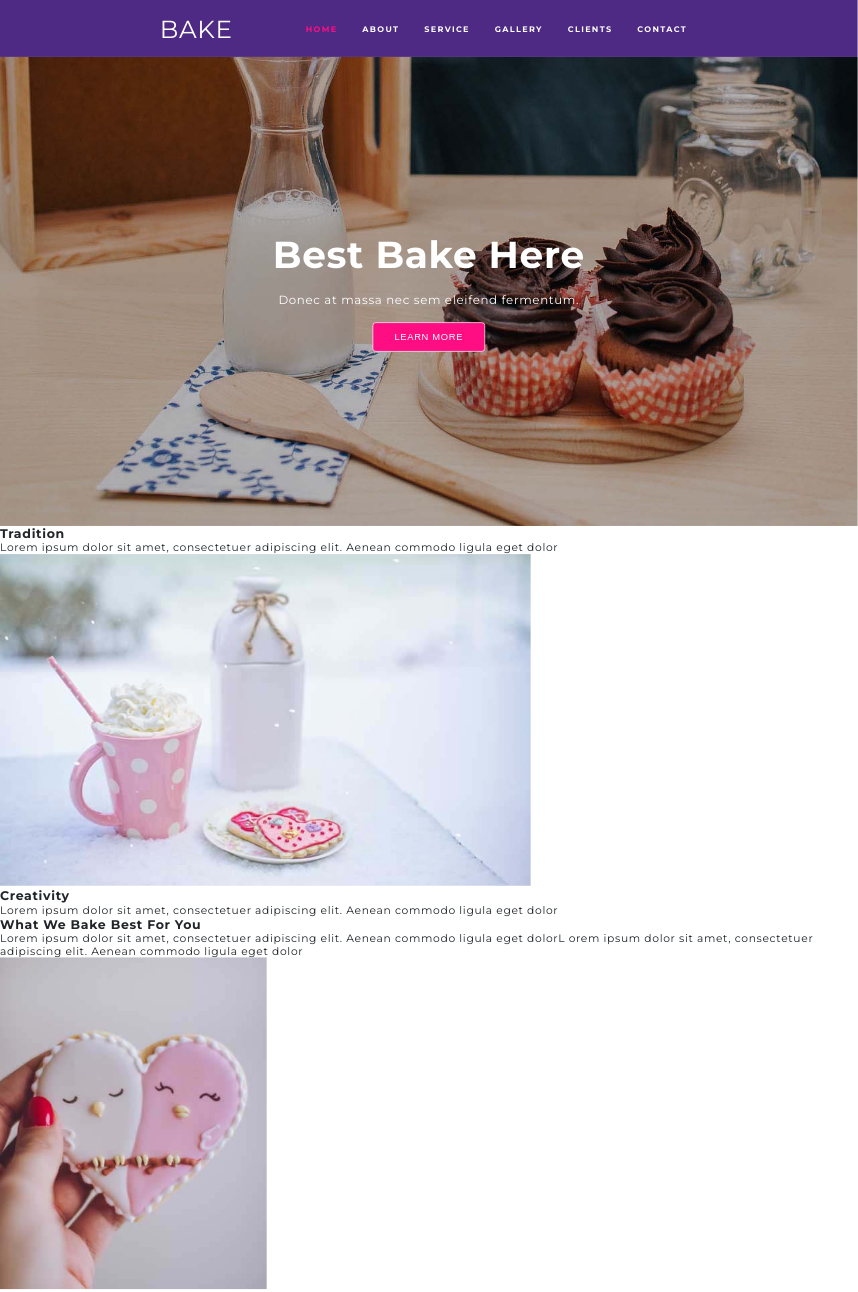
Repository: ducdatit2002/bake-cake
Page: index.html
The author's editor kept a copy of each file at every save. The page is drawn from the files as they stood at one save, then again after the next save.
The browser window is 1280 px wide. The pictures show the whole page, at 67% of full size.

Above is the page before, as saved 2023-07-13 12:00:12.

### index.html
<!DOCTYPE html>
<html lang="en">
<head>
    <meta charset="UTF-8">
    <meta name="viewport" content="width=device-width, initial-scale=1.0">
    <title>BAKE</title>
    <!-- FONT ICON -->
    <link rel="stylesheet" href="https://cdnjs.cloudflare.com/ajax/libs/font-awesome/6.4.0/css/all.min.css"
        integrity="sha512-iecdLmaskl7CVkqkXNQ/ZH/XLlvWZOJyj7Yy7tcenmpD1ypASozpmT/E0iPtmFIB46ZmdtAc9eNBvH0H/ZpiBw=="
        crossorigin="anonymous" referrerpolicy="no-referrer" />
    <!-- FONT GOOGLE -->
    <link rel="preconnect" href="https://fonts.googleapis.com">
    <link rel="preconnect" href="https://fonts.gstatic.com" crossorigin>
    <link href="https://fonts.googleapis.com/css2?family=Montserrat:wght@300;400;700&display=swap" rel="stylesheet">
    <!-- MAIN CSS -->
    <link rel="stylesheet" href="./index.css">

</head>
<body>
    <!-- HEADER -->
    <header>
        <div class="header__content">
            <p>BAKE</p>
            <nav>
                <ul>
                    <li class="active"><a href="#">HOME</a></li>
                    <li><a href="#">ABOUT</a></li>
                    <li><a href="#">SERVICE</a></li>
                    <li><a href="#">GALLERY</a></li>
                    <li><a href="#">CLIENTS</a></li>
                    <li><a href="#">CONTACT</a></li>
                </ul>
            </nav>
        </div>
    </header>
    <!-- CAROUSEL -->
    <section class="carousel">
        <div class="carousel__content">
            <h1>Best Bake Here</h1>
            <p>Donec at massa nec sem eleifend fermentum.</p>
            <button>LEARN MORE</button>
        </div>
    </section>
    <!-- INTRO -->
    <section class="intro">
        <div class="intro__item">
            <div>
                <h3>Tradition</h3>
                <p>Lorem ipsum dolor sit amet, consectetuer adipiscing elit. Aenean commodo ligula eget dolor</p>
            </div>
        </div>
        <div class="intro__item">
            <img src="./img/ab1.jpg" alt="intro 1">
        </div>
        <div class="intro__item">
            <div>
                <h3>Creativity</h3>
                <p>Lorem ipsum dolor sit amet, consectetuer adipiscing elit. Aenean commodo ligula eget dolor</p>
            </div>
        </div>
        <div class="intro__item">
            <div>
                <h3>What We Bake Best For You</h3>
                <p>Lorem ipsum dolor sit amet, consectetuer adipiscing elit. Aenean commodo ligula eget dolorL orem ipsum dolor sit amet,
                consectetuer adipiscing elit. Aenean commodo ligula eget dolor</p>
            </div>
        </div>
        <div class="intro__item">
            <img src="./img/ab2.jpg" alt="intro 2">
        </div>
    </section>
    <!-- NUMBER -->
    <section class="number"></section>
    <!-- SERVICES -->
    <section class="services"></section>
    <!-- GALLERY -->
    <section class="gallery"></section>
    <!-- TEAM MEMBER -->
    <section class="team"></section>
    <!-- FEEDBACK -->
    <section class="feedback"></section>
    <!-- CONTACT -->
    <section class="contact"></section>
    <!-- FOOTER -->
    <footer></footer>
</body>
</html>

### index.css
/* GLOBAL */
*{
    margin: 0;
    padding: 0;
    box-sizing: border-box;
}
html{
    font-size: 16px;
    /* 1 rem = 18px */
    /* Không khai báo thì 1 rem là 16px */

}
body {
    font-family: 'Montserrat', sans-serif;
    color: #212529;
    background-color: #fff;
    letter-spacing: 1px;
}
button {
    background-color: #ff0e83;
    border: 1px solid white;
    color: white;
    padding: 13px 32px;
    font-size: 0.875rem;
    border-radius: 5px;
    cursor: pointer;
    letter-spacing: 1px;
    transition: all 0.5s;
}
button:hover {
    background-color: white;
    color: black;
    border-color: #ff0e83;

}
/* HEADER */
header {
    background-color: #4e2a84;
    padding: 20px 0;
}
.header__content {
    width: 70%;
    margin: 0 auto;
    display: flex;
    justify-content: space-around;
    align-items: center;
}
.header__content ul {
    list-style: none;
}
.header__content ul a {
    text-decoration: none;
    color: white;
    font-weight: 700;
    font-size: 0.75rem;
    letter-spacing: 2px;
    /* transition-property: all;
    transition-duration: 1s;
    transition-delay: 0s;
    transition-timing-function: linear; */
    transition: all 1s;
}
.header__content ul a:hover {
    color: #ff0e83;
}
.header__content ul li {
    display: inline;
    margin: 0 1rem;
}
.header__content p {
    color: white;
    font-size: 2.3rem;
    /* 2.3 rem ~ 37px */
}
.header__content ul .active a {
    color: #ff0e83;
}

/* CAROUSEL */
.carousel{
    background-image: url(./img/b3.jpg);
    height: 700px;
    background-size: cover;
    background-position: center;
    color: white;
    text-align: center;
    display: flex;
    justify-content: center;
    align-items: center;
}
.carousel__content h1 {
    font-size: 3.5rem;
}
.carousel__content p {
    font-size: 1.1rem;
    padding: 23px 0;
}

After the next save:
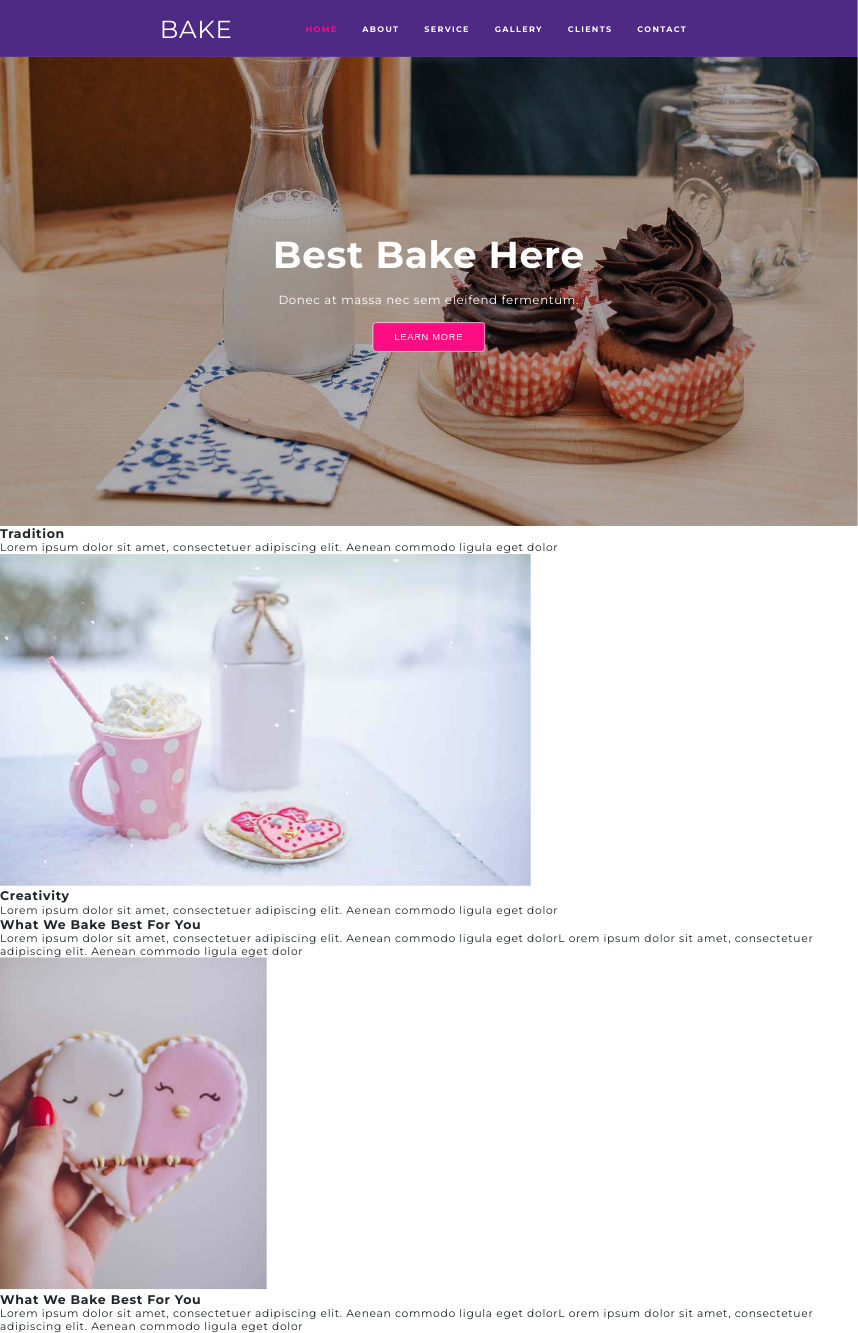
Saved 7 s later.
--- a/index.html
+++ b/index.html
@@ -68,6 +68,14 @@
         <div class="intro__item">
             <img src="./img/ab2.jpg" alt="intro 2">
         </div>
+        <div class="intro__item">
+            <div>
+                <h3>What We Bake Best For You</h3>
+                <p>Lorem ipsum dolor sit amet, consectetuer adipiscing elit. Aenean commodo ligula eget dolorL orem ipsum dolor
+                    sit amet,
+                    consectetuer adipiscing elit. Aenean commodo ligula eget dolor</p>
+            </div>
+        </div>
     </section>
     <!-- NUMBER -->
     <section class="number"></section>
